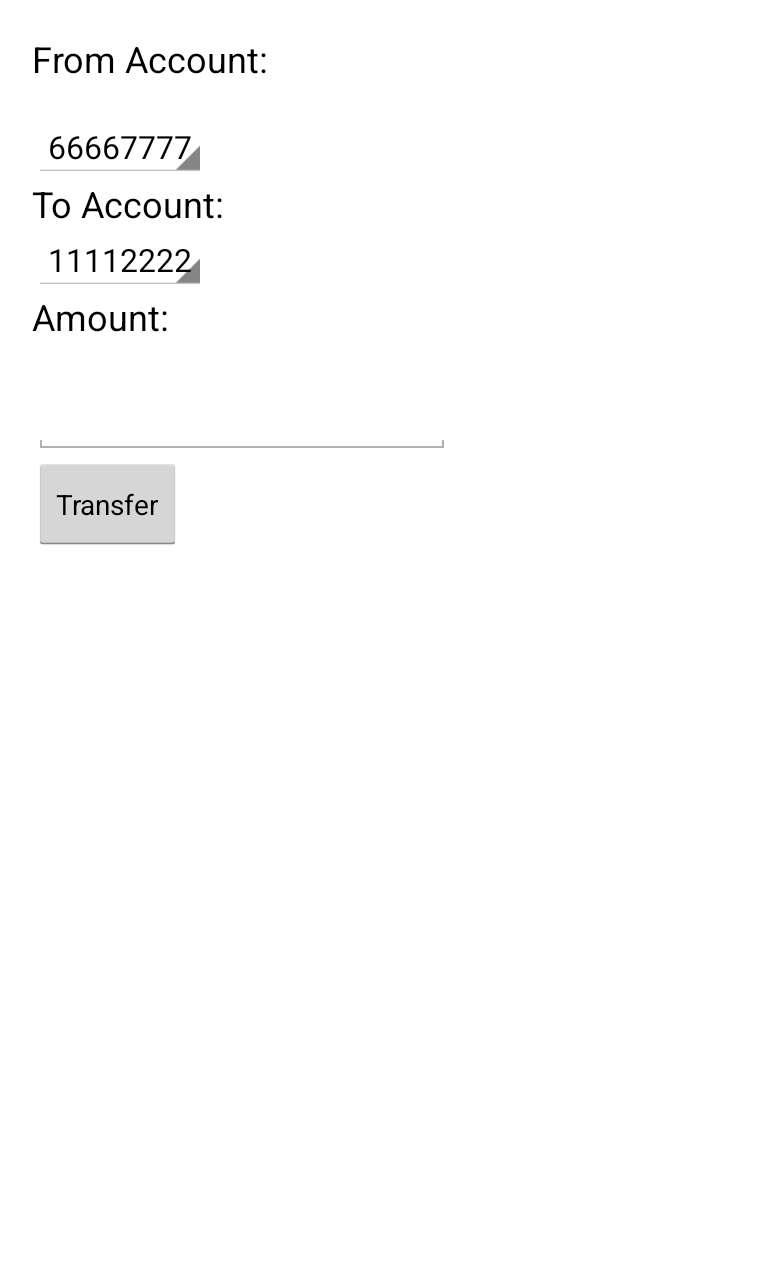
Repository: chaneyjd/android
Layout: amqtt/res/layout/activity_transfer.xml
An editor plug-in stored every save of this project. The layout is shown before and after the next save, followed by the edit.
It is drawn on a 768 x 1280 px phone screen (xhdpi) without system bars, with theme AppTheme; the app's code is not run.

Above is the layout before, as saved 2014-05-06 18:10:11.

After the next save:
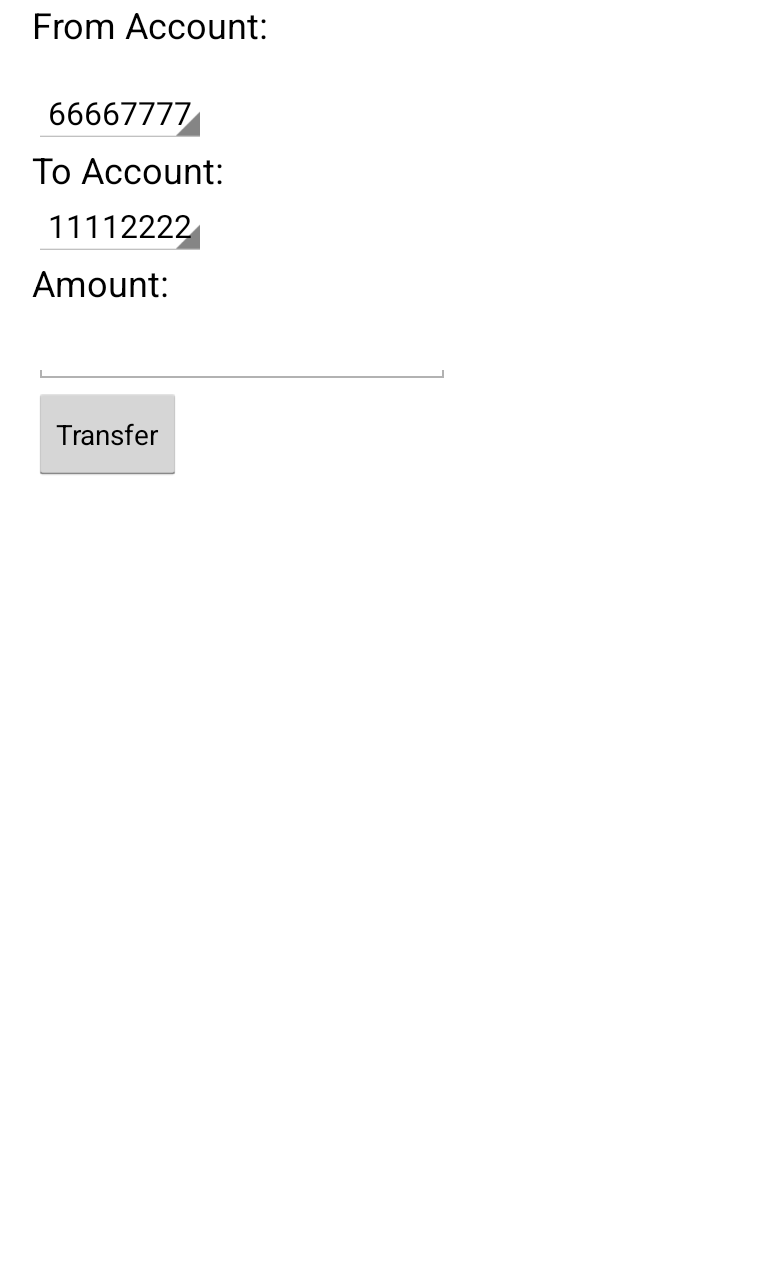
Saved 32 s later.
--- a/amqtt/res/layout/activity_transfer.xml
+++ b/amqtt/res/layout/activity_transfer.xml
@@ -11,7 +11,6 @@
         android:id="@+id/textView1"
         android:layout_width="wrap_content"
         android:layout_height="wrap_content"
-        android:layout_marginTop="17dp"
         android:text="From Account:"
         android:textAppearance="?android:attr/textAppearanceMedium" />
 
@@ -46,7 +45,6 @@
         android:id="@+id/editText1"
         android:layout_width="wrap_content"
         android:layout_height="wrap_content"
-        android:layout_marginTop="18dp"
         android:ems="10" />
 
     <Button
@@ -54,7 +52,6 @@
         style="?android:attr/buttonStyleSmall"
         android:layout_width="wrap_content"
         android:layout_height="wrap_content"
-        android:layout_marginRight="19dp"
         android:onClick="transfer"
         android:text="Transfer" />
 
